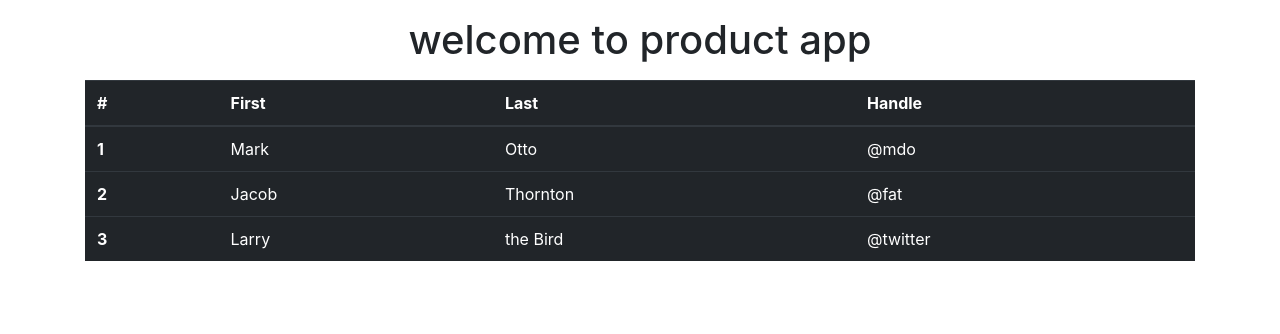
Repository: Renish-patel/Practices
Page: http://localhost/productcrudapp/WEB-INF/views/index.jsp
The author's editor kept a copy of each file at every save. The page is drawn from the files as they stood at one save, then again after the next save.
The browser window is 1280 px wide. The pictures show the whole page.
Some web libraries are served in a nearby version. The page is served by Tomcat 9. Nobody is signed in. The template is opened directly, without the code that normally fills it, so the values that code supplies are empty.

Above is the page before, as saved 2023-03-09 18:40:50.

After the next save:
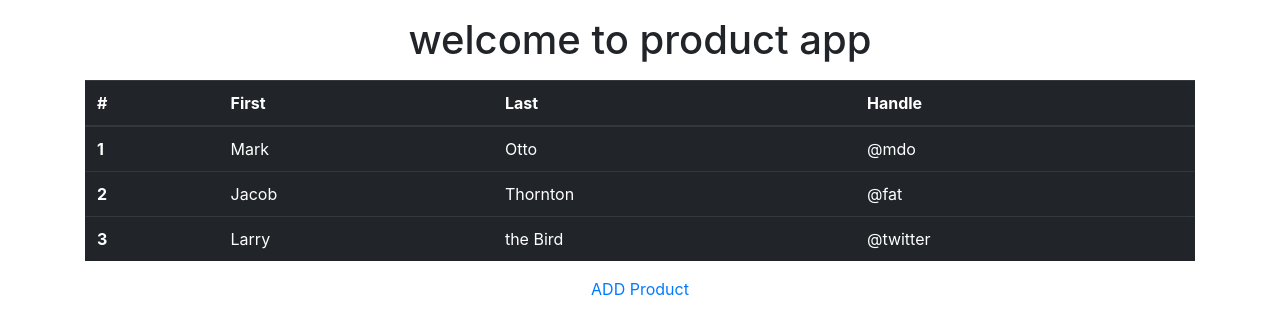
Saved 4 min 2 s later.
--- a/spring/productcrudapp/src/main/webapp/WEB-INF/views/index.jsp
+++ b/spring/productcrudapp/src/main/webapp/WEB-INF/views/index.jsp
@@ -8,43 +8,41 @@
 		<div class="row">
 			<div class="col-md-12">
 
-			<h1 class="text-center mb-3">welcome to product app</h1>
+				<h1 class="text-center mb-3">welcome to product app</h1>
 
-
-
-
-
-			<table class="table table-dark">
-  <thead>
-    <tr>
-      <th scope="col">#</th>
-      <th scope="col">First</th>
-      <th scope="col">Last</th>
-      <th scope="col">Handle</th>
-    </tr>
-  </thead>
-  <tbody>
-    <tr>
-      <th scope="row">1</th>
-      <td>Mark</td>
-      <td>Otto</td>
-      <td>@mdo</td>
-    </tr>
-    <tr>
-      <th scope="row">2</th>
-      <td>Jacob</td>
-      <td>Thornton</td>
-      <td>@fat</td>
-    </tr>
-    <tr>
-      <th scope="row">3</th>
-      <td>Larry</td>
-      <td>the Bird</td>
-      <td>@twitter</td>
-    </tr>
-  </tbody>
-</table>
-
+				<table class="table table-dark">
+					<thead>
+						<tr>
+							<th scope="col">#</th>
+							<th scope="col">First</th>
+							<th scope="col">Last</th>
+							<th scope="col">Handle</th>
+						</tr>
+					</thead>
+					<tbody>
+						<tr>
+							<th scope="row">1</th>
+							<td>Mark</td>
+							<td>Otto</td>
+							<td>@mdo</td>
+						</tr>
+						<tr>
+							<th scope="row">2</th>
+							<td>Jacob</td>
+							<td>Thornton</td>
+							<td>@fat</td>
+						</tr>
+						<tr>
+							<th scope="row">3</th>
+							<td>Larry</td>
+							<td>the Bird</td>
+							<td>@twitter</td>
+						</tr>
+					</tbody>
+				</table>
+<div class="container text-center">
+<a href="add-product" class="btn-btn-outline-sucess">ADD Product</a>
+</div>
 
 
 
